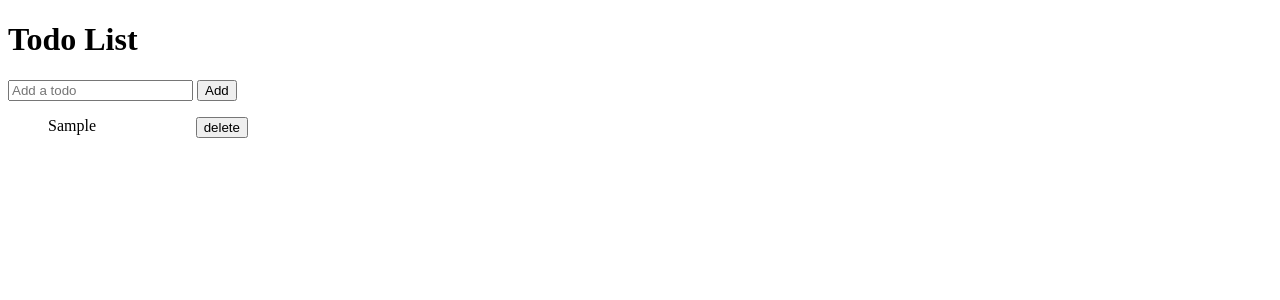
Repository: ble-syn/Todo-list
Page: index.html
These files come from the project's save history. The page is drawn as it stood at one moment and after the next save; the edit follows.
The browser window is 1280 px wide. The pictures show the whole page.
Empty fields were first filled with sample values (such as "Sample", 5 or name@example.com).
After loading, the first visible `button` was clicked once.

Above is the page before, as saved 2022-10-25 18:32:49.

After the next save:
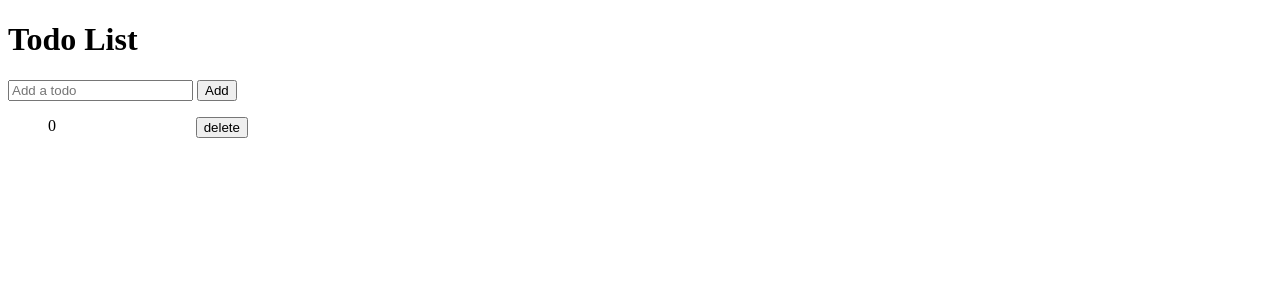
Saved 54 s later.
--- a/app.js
+++ b/app.js
@@ -9,11 +9,11 @@
   const getLocalStorage = JSON.parse(localStorage.getItem("todos"));
   let new_div = '';
   // if (getLocalStorage != null) {
-    getLocalStorage.forEach((element) => {
+    getLocalStorage.forEach((index,element) => {
       new_div += `
               <li class="li" style="display: flex; justify-content: space-between; width: 200px;">
                   <span>${element}</span>
-                  <button id="del" onclick="delFunc(e)">delete</button>
+                  <button id="del" onclick="delFunc(${index})">delete</button>
 
               </li>
           `;

After the save that followed:
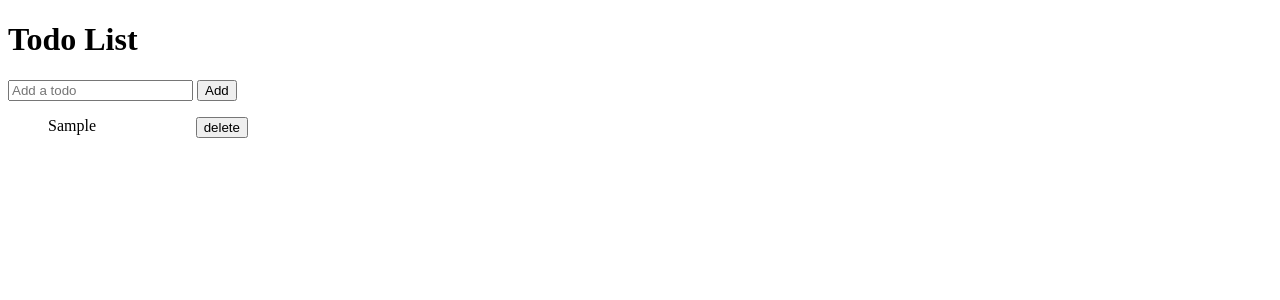
Saved 40 s later.
--- a/app.js
+++ b/app.js
@@ -9,7 +9,7 @@
   const getLocalStorage = JSON.parse(localStorage.getItem("todos"));
   let new_div = '';
   // if (getLocalStorage != null) {
-    getLocalStorage.forEach((index,element) => {
+    getLocalStorage.forEach((element,index) => {
       new_div += `
               <li class="li" style="display: flex; justify-content: space-between; width: 200px;">
                   <span>${element}</span>
